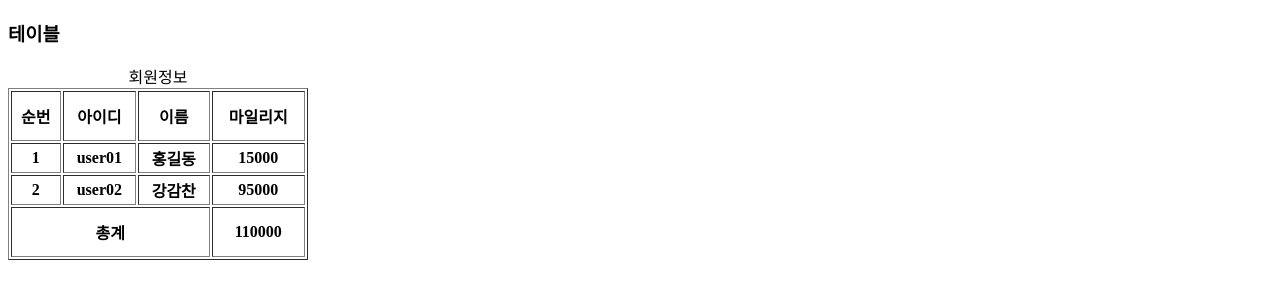
Repository: helloJunejun/WorkSpace_WebUi
Page: 0.2html_form_table/src/main/webapp/sample_table.html
These files come from the project's save history. The page is drawn as it stood at one moment and after the next save; the edit follows.
The browser window is 1280 px wide. The pictures show the whole page.

Above is the page before, as saved 2021-06-24 01:23:38.

### 0.2html_form_table/src/main/webapp/sample_table.html
<!DOCTYPE html PUBLIC "-//W3C//DTD HTML 4.01 Transitional//EN" "http://www.w3.org/TR/html4/loose.dtd">
<html>
<head>
<meta http-equiv="Content-Type" content="text/html; charset=UTF-8">
<title>테이블 예제</title>
</head>
<body>
<h3>테이블</h3>
<table border="1" width="300px">
	<caption>회원정보</caption>
	<tr height="50px">
		<th>순번</th>
		<th>아이디</th>
		<th>이름</th>
		<th>마일리지</th>
	</tr>

	<tr height="30px">
		<th>1</th>
		<th>user01</th>
		<th>홍길동</th>
		<th>15000</th>
	</tr>

	<tr height="30px">
		<th>2</th>
		<th>user02</th>
		<th>강감찬</th>
		<th>95000</th>
	</tr>

	<tr height="50px">
		<th colspan="3">총계</th>
		<th>110000</th>
	</tr>
</table>
</body>
</html>

After the next save:
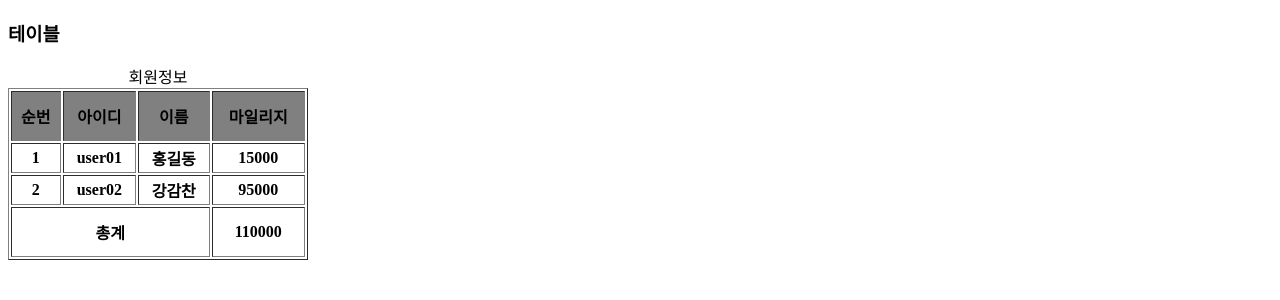
Saved 32 s later.
--- a/0.2html_form_table/src/main/webapp/sample_table.html
+++ b/0.2html_form_table/src/main/webapp/sample_table.html
@@ -8,7 +8,7 @@
 <h3>테이블</h3>
 <table border="1" width="300px">
 	<caption>회원정보</caption>
-	<tr height="50px">
+	<tr height="50px" bgcolor="gray">
 		<th>순번</th>
 		<th>아이디</th>
 		<th>이름</th>
